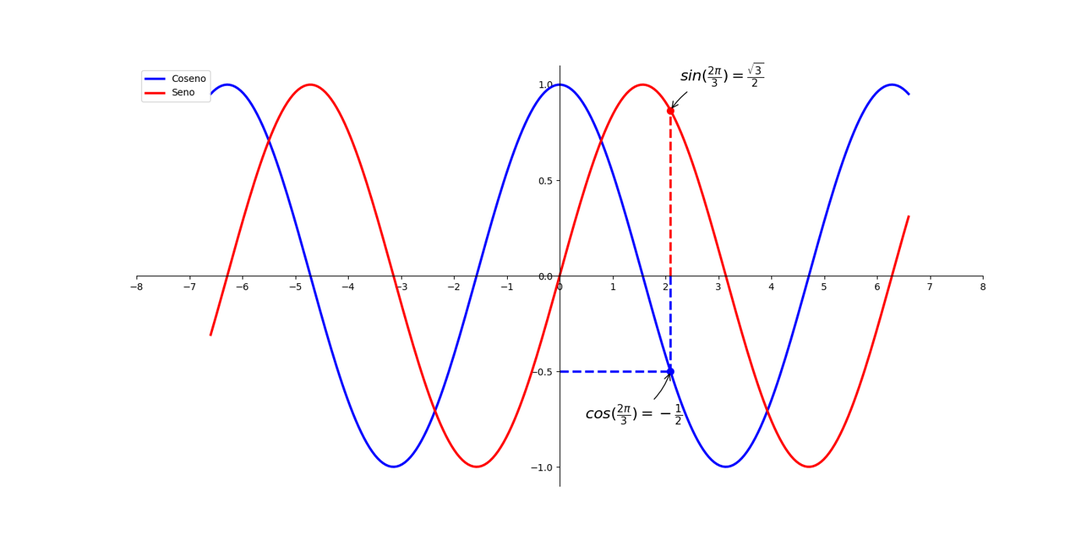
Repository: Jaamunozr/Archivos-python
Script's output: python Archivos Python/Graficas/ejecutable.py
These files come from the project's save history. The script's output is drawn as it stood at one moment and after the next save; the edit follows.
The pictures are shown at 78% of full size.
Each picture stacks the figures in order, with grey between them; figures that are only written to a file come last. Figures wider than 1,400 px are first shrunk to that width. Animations are shown at an early frame. Random numbers start from a fixed seed.

Above is the script's output before, as saved 2020-02-16 23:14:29.
Error: NameError: name 'pyplot' is not defined

### Archivos Python/Graficas/ejecutable.py
import pylab as pl
import numpy as np

# Crear una figura de 8x6 puntos de tamaño, 80 puntos por pulgada (Se modifica a 16x8)
pl.figure(figsize=(16, 8), dpi=100)

# Crear una nueva subgráfica en una rejilla de 1x1 (se podrian crean una de dos graficas en una reijlla)
pl.subplot(1, 1, 1)
# Obtencion de datos para seno y coseno (Desde -2pi hasta 2pi)
X = np.linspace(-2.1*np.pi, 2.1*np.pi, 256, endpoint=True) #el numero 256 es la cantidad de datos en ese intervalo
C, S = np.cos(X), np.sin(X)

# Graficar la función coseno con una línea continua azul de 1 pixel de grosor
pl.plot(X, C, color="blue", linewidth=1.0, linestyle="-")

# Graficar la función seno con una línea continua verde de 1 pixel de grosor
pl.plot(X, S, color="green", linewidth=1.0, linestyle="-")

# Establecer límites del eje x (Divisiones en X)
pl.xlim(-8.0, 8.0)

# Ticks en x(Impresión de intervalos, cantidad de datos mostrados en el eje)
pl.xticks(np.linspace(-8, 8, 17, endpoint=True))

# Establecer límites del eje y (Divisiones en Y)
pl.ylim(-1.0, 1.0)

# Ticks en y (Impresión de intervalos, cantidad de datos mostrados en el eje)
pl.yticks(np.linspace(-1, 1, 5, endpoint=True))

'''Otra opcion de determinar los limites a imprimir
pl.xticks([-np.pi, -np.pi/2, 0, np.pi/2, np.pi])
pl.yticks([-1, 0, +1]) '''
#AGREGAR LINEAS DE EJES Y QUITAR EL RECUADRO:

ax = pl.gca()
ax.spines['right'].set_color('none')
ax.spines['top'].set_color('none')
ax.xaxis.set_ticks_position('bottom')
ax.spines['bottom'].set_position(('data',0))
ax.yaxis.set_ticks_position('left')
ax.spines['left'].set_position(('data',0))

# Guardar la figura usando 72 puntos por pulgada
# savefig("exercice_2.png", dpi=72)

#Indicamos los espacios entre los bordes de grafica y las graficas
#pl.xlim(X.min() * 1.1, X.max() * 1.1)
pl.ylim(C.min() * 1.1, C.max() * 1.1)

#AGREGRA UNA LEYENDA
pl.plot(X, C, color="blue", linewidth=2.5, linestyle="-", label="Coseno")
pl.plot(X, S, color="red",  linewidth=2.5, linestyle="-", label="Seno")
pl.legend(loc='upper left')

#AGREGRA UNA ANOTACION EN UN PUNTO CONOCIDO
t = 2 * np.pi / 3
#Para coseno------------------------------------------------------------------------------------
pl.plot([0, t], [np.cos(t), np.cos(t)], color='blue', linewidth=2.5, linestyle="--")
pl.plot([t, t], [0, np.cos(t)], color='blue', linewidth=2.5, linestyle="--")
'''TENER PRESENTE QUE LAS COORDENADAS DE INICIO Y FIN DE LAS LINEAS PUNTEADAS SE ESCRIBEN COMO:
...([Xinicial, Xfinal], [Yinicial, Yfinal])...'''
pl.scatter([t, ], [np.cos(t), ], 50, color='blue') #DEFINE LAS CARACTERISTICAS DEN PUNTO (CIRCULO)
pl.annotate(r'$sin(\frac{2\pi}{3})=\frac{\sqrt{3}}{2}$',#DATOS A IMPRIMIR DEL TEXTO
            xy=(t, np.sin(t)), xycoords='data', #COORDENADAS DE REFERENCIA PARA LA FLECHA Y EL TEXTO
            xytext=(+10, +30), textcoords='offset points', fontsize=16,#INDICAN POSICION DEL TEXTO
            arrowprops=dict(arrowstyle="->", connectionstyle="arc3,rad=.2")) #DIRECCION DE LA FLECHA
#Para seno--------------------------------------------------------------------------------------
pl.plot([t, t],[0, np.sin(t)], color='red', linewidth=2.5, linestyle="--")
pl.scatter([t, ],[np.sin(t), ], 50, color='red')
pl.annotate(r'$cos(\frac{2\pi}{3})=-\frac{1}{2}$',
            xy=(t, np.cos(t)), xycoords='data',
            xytext=(-90, -50), textcoords='offset points', fontsize=16,
            arrowprops=dict(arrowstyle="->", connectionstyle="arc3,rad=.2"))#DIRECCION DE LA FLECHA




# Mostrar resultado en pantalla (Con 2 segundos de muestreo)
pl.pause(1)
pyplot.savefig('Sinusoida.svg')

After the next save:
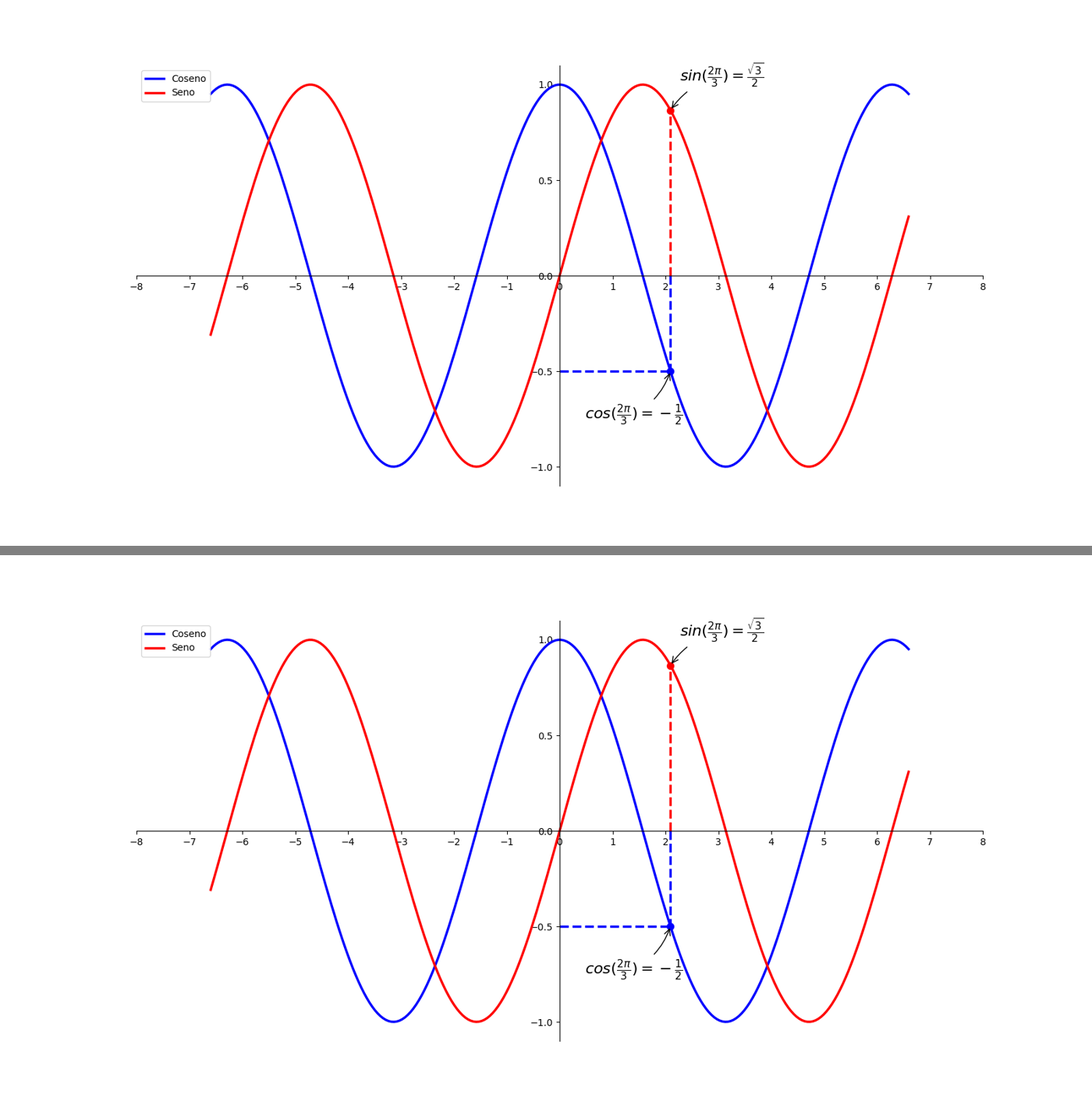
The error is gone.
Saved 22 s later.
--- a/Archivos Python/Graficas/ejecutable.py
+++ b/Archivos Python/Graficas/ejecutable.py
@@ -78,4 +78,4 @@ pl.annotate(r'$cos(\frac{2\pi}{3})=-\frac{1}{2}$',
 
 # Mostrar resultado en pantalla (Con 2 segundos de muestreo)
 pl.pause(1)
-pyplot.savefig('Sinusoida.svg')
+pl.savefig('Sinusoida.svg')
